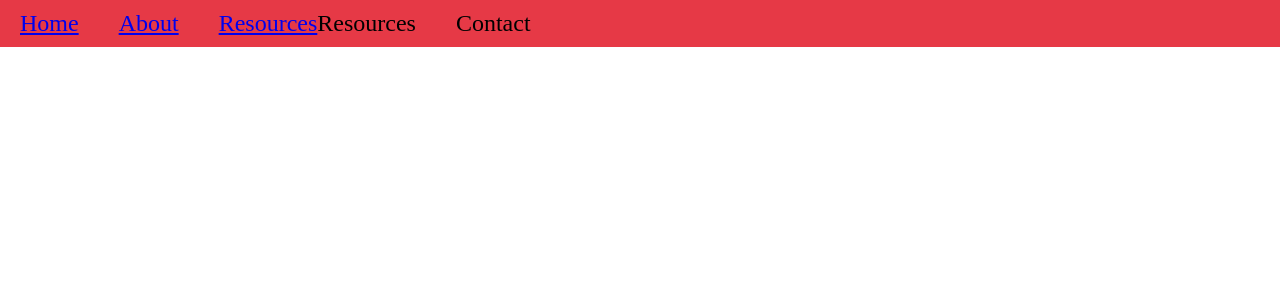
Repository: rdass1/COM421-FinalProject
Page: Website/index.html
These files come from the project's save history. The page is drawn as it stood at one moment and after the next save; the edit follows.
The browser window is 1280 px wide. The pictures show the whole page.

Above is the page before, as saved 2021-05-11 22:54:43.

### Website/index.html
<!DOCTYPE html>
<html>
    <head>
        <meta charset="UTF-8">
        <meta name="description" content="Take It To the Streets is a non-profit organization that helps people find information on how to fight their tickets. ">
        <meta name="author" content="Group 2">
        <meta name="viewport" content="width=device-width, initial-scale=1.0">
        <link rel="stylesheet" type="text/css" href="css/index.css">
        <title>Take It To The Streets</title>
    </head>
    <body>
        <header>
            <div id = "navbar">
                <nav>
                    <ul>
                        <li><a href="#home">Home</a></li>
                        <li><a href="#About">About</a></li>
                        <li><a href="#Resources">Resources</a>Resources</li>
                        <li>Contact</li>
                    </ul>

                </nav>
            </div>
        </header>

    </body>
</html>

### Website/css/index.css
body{
    margin:0px;
}

header{
    background-color: #e63946;
    width: 100%;
    height: 6%;
    display: flex;
    justify-content: flex-start;
    margin: 0px;
    padding: 0px;

}

#navbar nav{
    display: flex;


}

#navbar ul{
    margin: 0px;
    padding: 0px;
    overflow: hidden;
    list-style: none;
}

#navbar li{
    margin: 0px;
    padding: 10px 20px 10px 20px;
    font-size: 1.5rem;
    float:left;

}

After the next save:
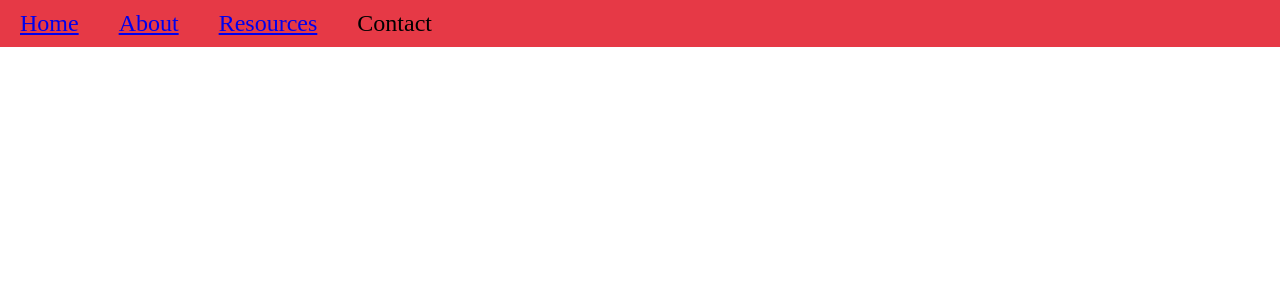
Saved 9 s later.
--- a/Website/index.html
+++ b/Website/index.html
@@ -15,7 +15,7 @@
                     <ul>
                         <li><a href="#home">Home</a></li>
                         <li><a href="#About">About</a></li>
-                        <li><a href="#Resources">Resources</a>Resources</li>
+                        <li><a href="#Resources">Resources</a></li>
                         <li>Contact</li>
                     </ul>
 
